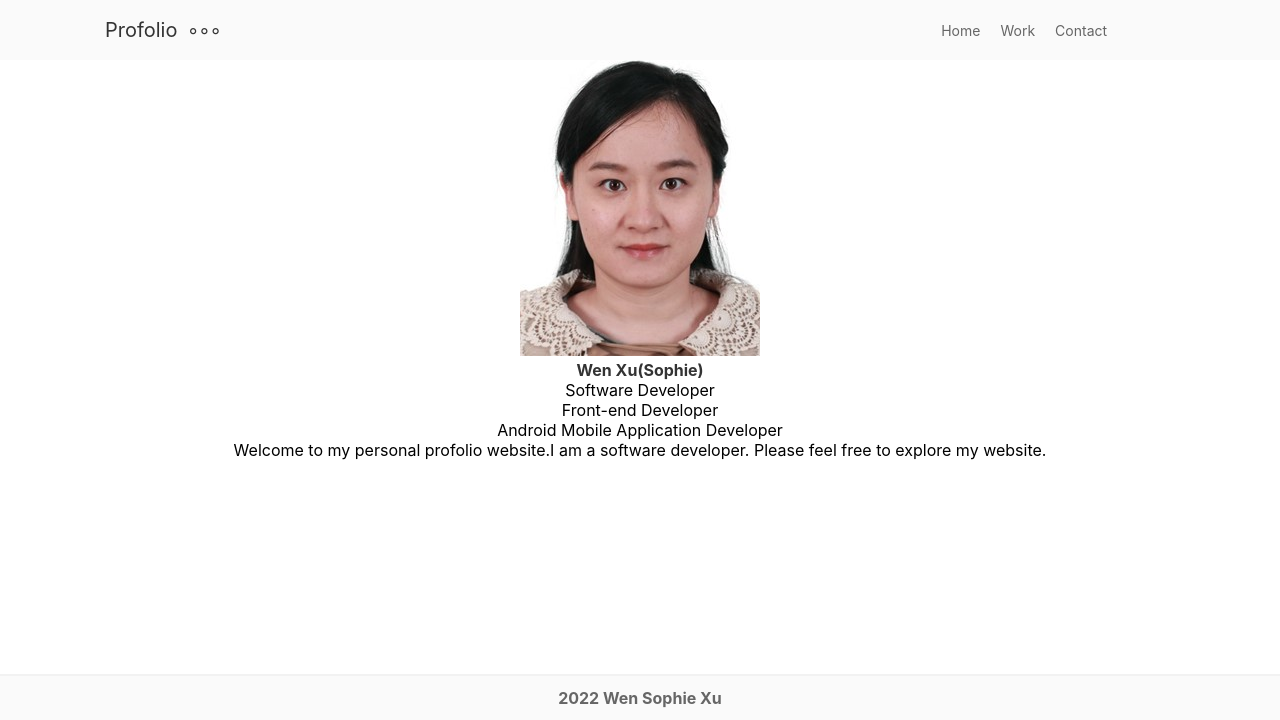
Repository: wenxi0504/myResume_app
Page: /
The author's editor kept a copy of each file at every save. The page is drawn from the files as they stood at one save, then again after the next save.
The browser window is 1280 px wide. The pictures show the whole page.
The project was rebuilt for these pictures with package versions that can differ from the ones it lists, and the page was loaded fresh each time. Also part of the build but not shown: src/pages/HomePage/home.module.scss, src/pages/WorkPage/index.js, src/pages/WorkPageDetail/index.js, src/pages/Contact/index.js.

Above is the page before, as saved 2022-01-03 15:21:42.

After the next save:
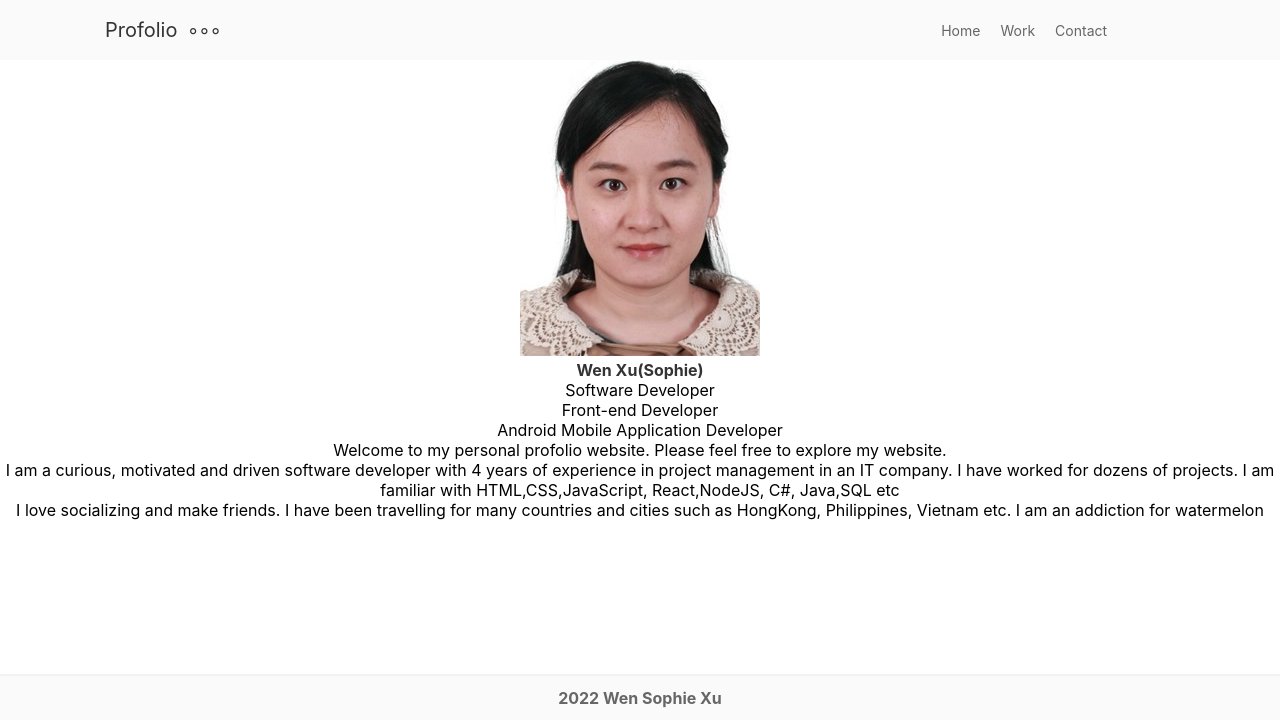
Saved 8 min 55 s later.
--- a/src/pages/HomePage/index.js
+++ b/src/pages/HomePage/index.js
@@ -14,7 +14,9 @@ export default () => {
           <li>Front-end Developer</li>
           <li>Android Mobile Application Developer</li>
        </ul>
-       <p>Welcome to my personal profolio website.I am a software developer. Please feel free to explore my website.</p>
+       <p>Welcome to my personal profolio website. Please feel free to explore my website.</p>
+       <p>I am a curious, motivated and driven software developer with 4 years of experience in project management in an IT company. I have worked for dozens of projects. I am familiar with HTML,CSS,JavaScript, React,NodeJS, C#, Java,SQL etc </p>
+       <p>I love socializing and make friends. I have been travelling for many countries and cities such as HongKong, Philippines, Vietnam etc. I am an addiction for watermelon </p>
        </section>
 
 
